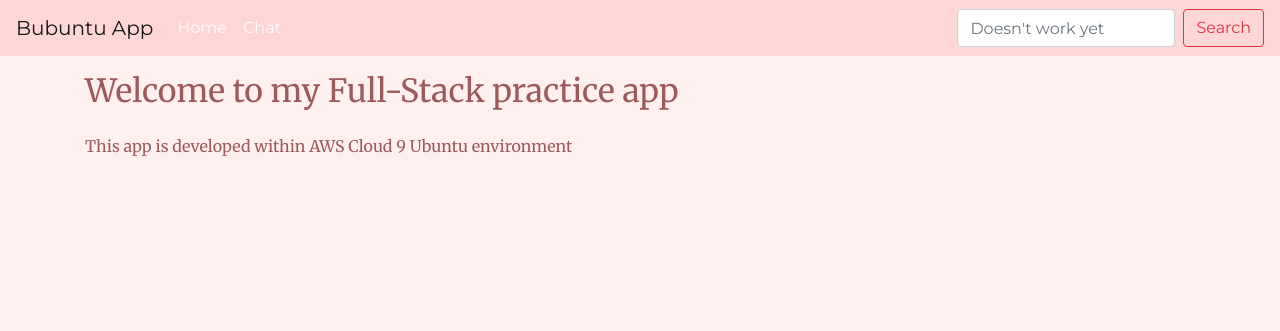
Repository: TanglingTreats/bubuntu-app
Page: templates/index.html
The author's editor kept a record of every edit. The page is drawn from the files as they stood at one moment, then again after the next edit.
The browser window is 1280 px wide. The pictures show the whole page.
The template is drawn by Flask 3. The application's start-up code is not run. The template is opened directly, without the code that normally fills it, so the values that code supplies are empty.

Above is the page before.

After the next edit:
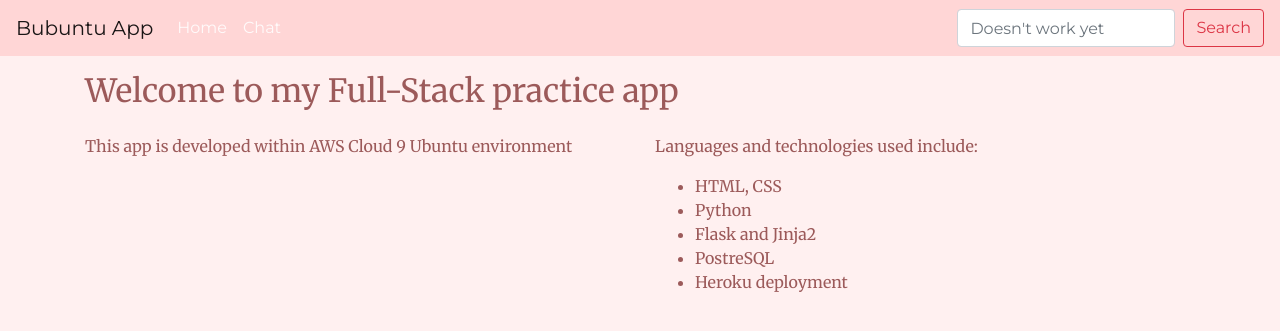
The edit:
--- a/templates/index.html
+++ b/templates/index.html
@@ -6,5 +6,15 @@
   <div class="col-sm-6">
     <p>This app is developed within AWS Cloud 9 Ubuntu environment</p>
   </div>
+  <div class="col-sm-6">
+    <p>Languages and technologies used include:</p>
+    <ul>
+      <li>HTML, CSS</li>
+      <li>Python</li>
+      <li>Flask and Jinja2</li>
+      <li>PostreSQL</li>
+      <li>Heroku deployment</li>
+    </ul>
+  </div>
 </div>
 {%endblock%}
